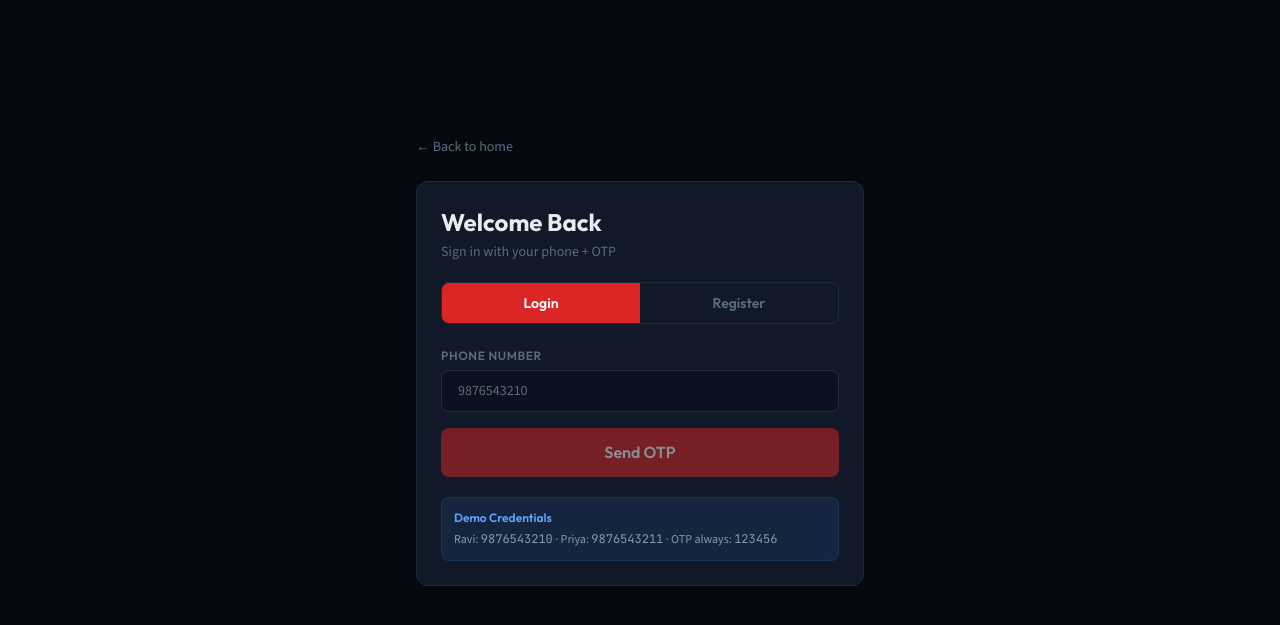
Repository: maitri25jain/LifeBride-Hackmol-
Page: /citizen/auth (app in frontend/)
An editor plug-in stored every save of this project. The page is shown before and after a run of saves, followed by the edit.
The browser window is 1280 px wide. The pictures show the whole page.
The project was rebuilt for these pictures with package versions that can differ from the ones it lists, and the page was loaded fresh each time. Also part of the build but not shown: frontend/vite.config.js, frontend/src/pages/Landing/Landing.jsx, frontend/src/pages/CitizenDashboard/CitizenDashboard.jsx, frontend/src/pages/HospitalLogin/HospitalLogin.jsx, frontend/src/pages/HospitalDashboard/HospitalDashboard.jsx.

Above is the page before, as saved 2026-03-29 06:07:26.

After the next 2 saves:
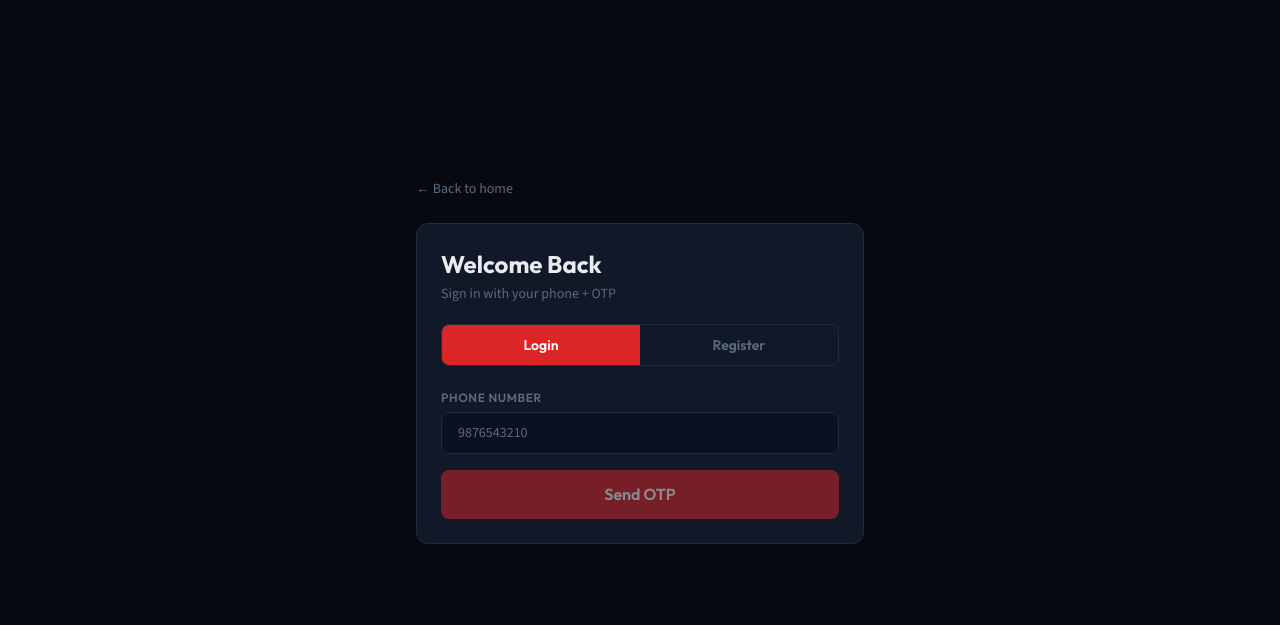
The 2 saves are shown as one change because 1 did not build or start.
The last was saved 66 s later.
--- a/frontend/src/pages/CitizenAuth/CitizenAuth.jsx
+++ b/frontend/src/pages/CitizenAuth/CitizenAuth.jsx
@@ -335,24 +335,6 @@
               </button>
             </form>
           )}
-
-          {/* Demo hint */}
-          <div
-            className="mt-5 p-3 rounded-lg text-xs"
-            style={{
-              background: 'var(--blue-glow)',
-              border: '1px solid rgba(59,130,246,0.15)',
-            }}
-          >
-            <span className="font-semibold font-display" style={{ color: 'var(--blue-400)' }}>
-              Demo Credentials
-            </span>
-            <div className="mt-1" style={{ color: 'var(--text-secondary)' }}>
-              Ravi: <span className="font-mono">9876543210</span> · Priya:{' '}
-              <span className="font-mono">9876543211</span> · OTP always:{' '}
-              <span className="font-mono">123456</span>
-            </div>
-          </div>
         </div>
       </div>
     </div>
